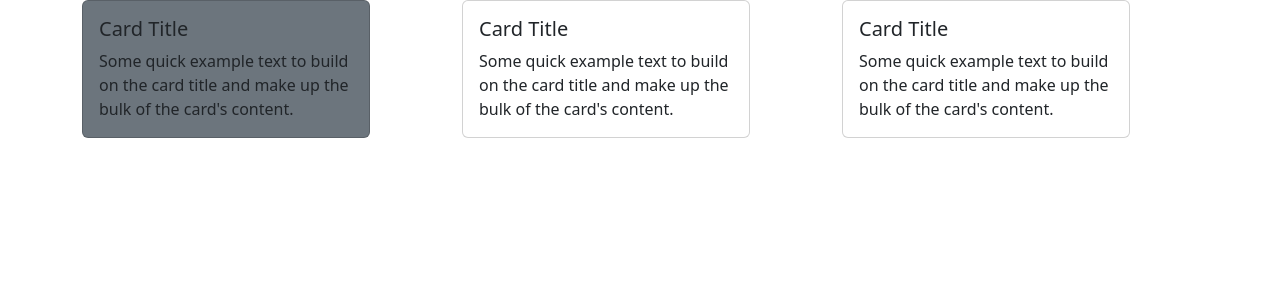
Repository: azizdeghais/CovidTracker
Page: /
An editor plug-in stored every save of this project. The page is shown before and after the next save, followed by the edit.
The browser window is 1280 px wide. The pictures show the whole page.
The project was rebuilt for these pictures with package versions that can differ from the ones it lists, and the page was loaded fresh each time. Also part of the build but not shown: vite.config.js.

Above is the page before, as saved 2023-03-09 15:48:02.

After the next save:
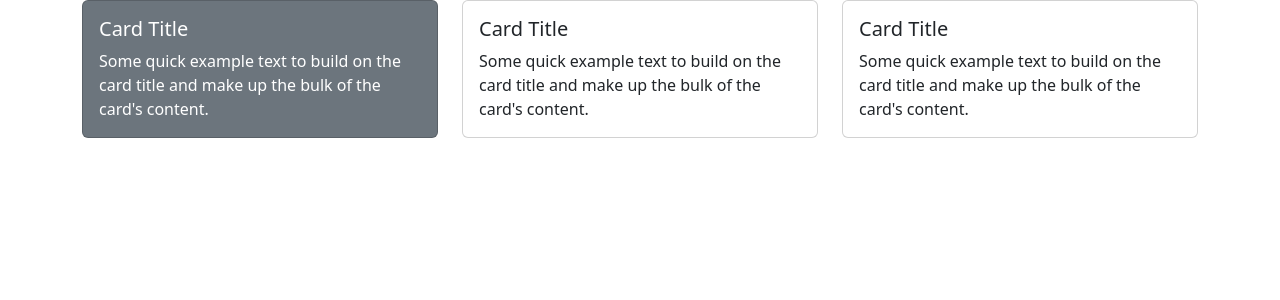
Saved 21 s later.
--- a/src/App.jsx
+++ b/src/App.jsx
@@ -16,7 +16,7 @@ function App() {
     <Container>
       <Row >
         <Col>
-          <Card bg='secondary' style={{ width: '18rem' }}>
+          <Card bg='secondary' text='white' >
             <Card.Body>
               <Card.Title>Card Title</Card.Title>
               <Card.Text>
@@ -27,7 +27,7 @@ function App() {
           </Card>
         </Col>
         <Col>
-          <Card style={{ width: '18rem' }}>
+          <Card >
             <Card.Body>
               <Card.Title>Card Title</Card.Title>
               <Card.Text>
@@ -38,7 +38,7 @@ function App() {
           </Card>
         </Col>
         <Col>
-          <Card style={{ width: '18rem' }}>
+          <Card >
             <Card.Body>
               <Card.Title>Card Title</Card.Title>
               <Card.Text>
